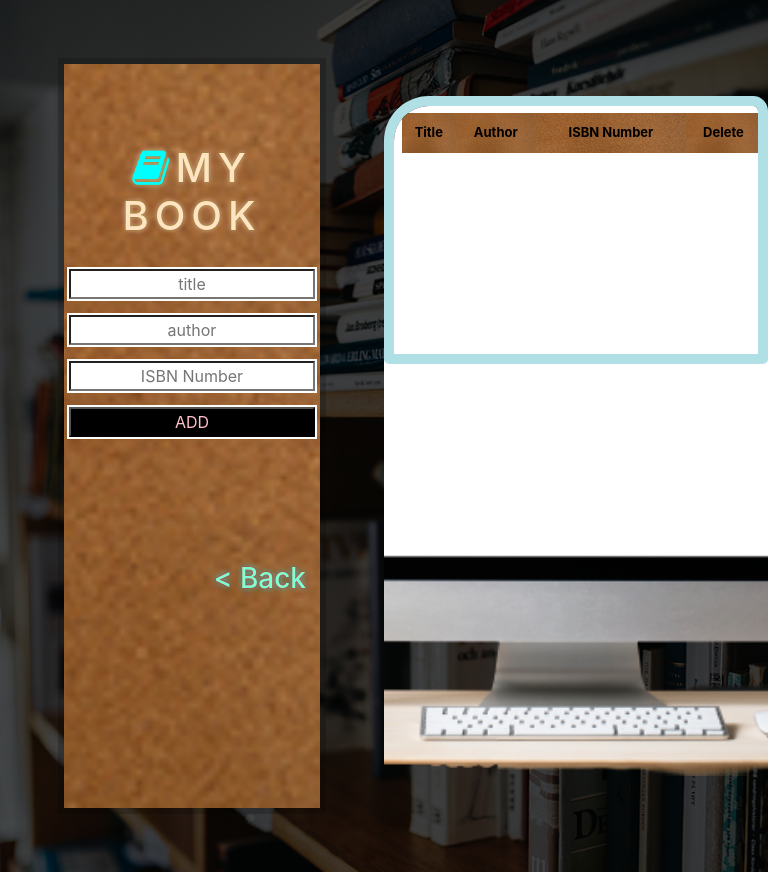
Repository: CSituma/Home-Library-App
Page: libu.html
The author's editor kept a copy of each file at every save. The page is drawn from the files as they stood at one save, then again after the next save.
The browser window is 768 px wide. The pictures show the whole page.
Backgrounds fixed to the window are drawn as part of the page. Some web libraries are served in a nearby version.

Above is the page before, as saved 2020-11-10 21:13:26.

### libu.html
<!DOCTYPE html>
<html lang="en">
<head>
    <meta charset="UTF-8">
    <meta name="viewport" content="width=device-width, initial-scale=1.0">
    <meta http-equiv="X-UA-Compatible" content="ie=edge">
    <link rel="stylesheet" href="style.css">
    <link rel="stylesheet" href="https://cdnjs.cloudflare.com/ajax/libs/font-awesome/4.7.0/css/font-awesome.min.css"/>
<link rel="stylesheet" href="https://stackpath.bootstrapcdn.com/bootstrap/4.5.0/css/bootstrap.min.css" integrity="sha384-9aIt2nRpC12Uk9gS9baDl411NQApFmC26EwAOH8WgZl5MYYxFfc+NcPb1dKGj7Sk" crossorigin="anonymous"/>
<link rel="stylesheet" href="https://cdnjs.cloudflare.com/ajax/libs/animate.css/4.0.0/animate.min.css"/>
  <title>BOOK TRACKER</title>
</head>
<body>
    <div class="columns">
        <div class="js">

            <h1><i class="fa fa-book"></i>MY BOOK</h1>
            <form id="form">
                <input type= "text" id= "title"  placeholder="title">
                <input type= "text" id= "author" placeholder="author" >
                <input type= "text" id= "number" placeholder="ISBN Number">
                <input type= "submit"id= "button" value="ADD">
            </form>
        <h3> <a href= "./index.html"> < Back </a></h3>
        </div>
        <div class="storage" >
              <div class="storage_items">
        <table id="table">
            <thead>
                <tr>
                <th id="title">Title</th>
                <th>Author</th>
                <th>ISBN Number</th>
                <th>Delete</th>
                </tr>
                </thead>
                <tbody class="Booklist" id="booklist">
                </tbody>
            </table>
            </div>
        </div>
</div>
    <script src="lib.js"></script>
 </body>
 </html>

### style.css
/*homepage//////////////*/
body,
html {
  max-width: 100%;
  margin: 0;
  padding: 0;
  max-height: 100%;
  background: url("./images/sandra-seitamaa-qkIWnKtGhg4-unsplash.jpg")
    center/cover no-repeat fixed;
}

.container {
  margin: 10em 20em 20em 20em;
  height: 400px;
  width: 40%;
  background-color: rgba(146, 116, 15, 0.445);
  text-align: center;
}

.lol {
  padding-top: 5em;
  font-weight: 800;
  font-style: italic;
}
span {
  color: yellow;
  font-weight: 400;
}
#lolone {
  color: ghostwhite;
}

h3 {
  padding-top: 4em;
  float: right;
  margin-right: 0.5em;
  font-weight: 900;
  font-size: 2rem;
  text-shadow: 0 0 3px #FF0000, 0 0 5px aqua;
}

h3 a {
  text-decoration: none;
 color: aquamarine;

}

h3 a:hover {
  text-decoration: none;
  color: burlywood;
}

#you {
  padding: 1rem;
  color: gold;
}

/*library////////////////*/
.columns {
  display: flex;
  justify-content: space-between;
  max-width: 100%;
  max-height: 100%;
  background: rgba(0, 0, 0, 0.692) fixed;

}
h1{
  letter-spacing: 6px;
  text-shadow: 0 0 3px olive, 0 0 5px pink;
  padding-top:2em;
  margin: 0;
  color: bisque;

}
table {
  background: black;
  width: 100%;
  margin:0.5em;
  margin-left:0.2em;
  text-align: center;
  color:white;

}


td{
  margin: 2em;
}
tr{
  border-left: white 5px solid;
  height: 40px;
}
th {
  color: black;
  background:url('./images/josephine-bredehoft-KsAo8ouBn8A-unsplash.jpg') center/cover no-repeat;
  outline: none;
}
tbody tr:nth-child(odd){
  background:white;
 color: olive;
}
tbody tr:nth-child(odd):hover {
  box-shadow: 0 0 0 2px white;

}
tbody tr:nth-child(even){
background:black;

}
tbody tr:nth-child(even):hover{
  box-shadow: 0 0 0 2px gray;
}

 .fa {
   color:aqua;
 }
 .fa:hover{
   font-size:1.3em;
 }
form {
  padding: 0.3em;
  margin-top: 1em;
}

form input {
  width: 100%;
  margin: 0.5em 0;
  -webkit-box-shadow: 0 0 0 2px white;
  box-shadow: 0 0 0 2px white;
}

:placeholder-shown {
  text-align: center;
}

#button {
  color: pink;
  background-color: black;
}

/*/////////////////////////////////*/
.storage_items {

  background-color: white;
  width:100%;
  max-height: 70%;
  margin-left: 8em;
  margin-top: 5em;
  margin-bottom: 2em;
  border: rgb(0, 0, 0) 5px solid;
  border-style: groove;
  padding-bottom: 15em;
  overflow: scroll;
  scroll-behavior: smooth;
  scrollbar-width: 2px;
}
.storage {
  background:url("./images/1463-removebg-preview.png") center/cover no-repeat;
  width: 60%;
  height: 85vh;
  margin: 6em 3em 6em 0;
  border-radius: 3px;

}
.js {
  -webkit-box-shadow: 0 0 0 6px rgba(0, 0, 0, 0.191);
  box-shadow: 0 0 0 6px rgba(0, 0, 0, 0.191);
  text-align: center;
  width: 40%;
  margin: 6em 0em 6em 3em;
  background: url("./images/josephine-bredehoft-KsAo8ouBn8A-unsplash.jpg")
    center/cover no-repeat;
}

@media screen and (max-width:1000px) {
  .storage{
    margin-right: 0;

    background: url("./images/719-removebg-preview.png") center/cover no-repeat;
  }
  .storage_items{
    margin:0;
    font-size: 13px;
   border: 10px solid black;
   border-radius: 45px;
   border-bottom-right-radius:5px;
   border-bottom-left-radius:5px;
   border-top-right-radius:15px;

   padding:0;
   padding-bottom: 15em;

}

.js{
  margin: 0;}


}

@media screen and (min-width:1000px) {

 .storage_items{
  max-height: 60%;
    background-color: white;
    width: 400px;
    height: 50%;
    margin-left: 10em;
    margin-top: 5.5em;

  }


 }

 @media screen and (max-width:800px)
 {
  .storage{
    margin-right: 0;

    background: url("./images/719-removebg-preview.png") center/cover no-repeat;
  }
  .storage_items{
    margin:0;
    font-size: 13px;
   border: 10px solid powderblue;
   border-radius: 45px;
   border-bottom-right-radius:5px;
   border-bottom-left-radius:5px;
   border-top-right-radius:15px;

   padding:0;
   padding-bottom: 15em;

}

.js{
  transform: skew(180deg);
  margin:4em;}

 }

### lib.js
// Book Class: Represents a Book
class Book {
  constructor(title, author, isbn) {
    this.title = title;
    this.author = author;
    this.isbn = isbn;
  }
}

// UI Class: Handle UI Tasks
class UI {
//display Books.//
static displayBooks () {
 const books = Store.getBooks();
 books.forEach(((book) =>
  UI.addBookToList(book)));
}


//addbooks
static addBookToList(book) {

const bookList = document.querySelector('#booklist');
const row = document.createElement('tr');

row.innerHTML= `<td>${book.title} </td>
               <td>${book.author}</td>
               <td>${book.isbn}</td>
              <td><i class="fa fa-trash-o"></i></td>`;

bookList.appendChild(row);

}


//deletebooks
static deleteBook(el){
 if(el.classList.contains('fa')){
   el.parentElement.parentElement.remove();
  }}

////show alert msg
static showAlert(message, className){
const div = document. createElement('div');
div.className = `alert alert-${className}`;
div.appendChild(document.createTextNode(message));
const button = document.getElementById('button');
const form = document.getElementById('form');


form.insertBefore(div, button);


//message vanishing//

setTimeout(() => {
  document.querySelector('.alert').remove();
}, 3000);

}

//clear fields//

static clearFields() {
  document.querySelector('#title').value = '';
  document.querySelector('#author').value = '';
  document.querySelector('#number').value = '';
}

}

///Events:
/* 1. Display Books */

document.addEventListener('DOMContentLoaded', UI.displayBooks);

/* 2. Add Books*/
document.querySelector("#form").addEventListener('submit',(e) =>
{
e.preventDefault();
///get form values//
const title = document.querySelector('#title').value;
const author = document.querySelector('#author').value;
const isbn = document.querySelector('#number').value;

  // Validate
 if(title ===''|| author===''|| isbn===''){
   UI.showAlert('Please fill in the Form', 'danger')
 }
else{
  //instantiate Book
  const book = new Book(title,author,isbn);

//////Adding
UI.addBookToList(book);

Store.addBook(book);

///Show Sucess Message
UI.showAlert('Added', 'success');
//Clearfields
UI.clearFields();


 }
}
);


/////3. Remove BOOK////
document.querySelector('#booklist').addEventListener('click', (e)=>{
e.preventDefault();
//deleting from UI

UI.deleteBook(e.target);
///deleting from Store
Store.removeBook(e.target.parentElement.previousElementSibling.textContent);
//Message
UI.showAlert('Book Deleted', 'danger');

}
);

///localStorage
class Store{
  static getBooks(){
    let books;
   if (localStorage.getItem('books') === null){
     books = [];
   }
   else {
     books = JSON.parse(localStorage.getItem('books'));
   }
   return books;
  }

  static addBook(book){
    const books= Store.getBooks();
    books.push(book);
   localStorage.setItem('books',JSON.stringify(books));
  }
  static removeBook(isbn) {
    const books = Store.getBooks();

    books.forEach((book, index) => {
      if(book.isbn === isbn) {
        books.splice(index, 1);
      }
    });
    localStorage.setItem('books', JSON.stringify(books));
  }
}

After the next save:
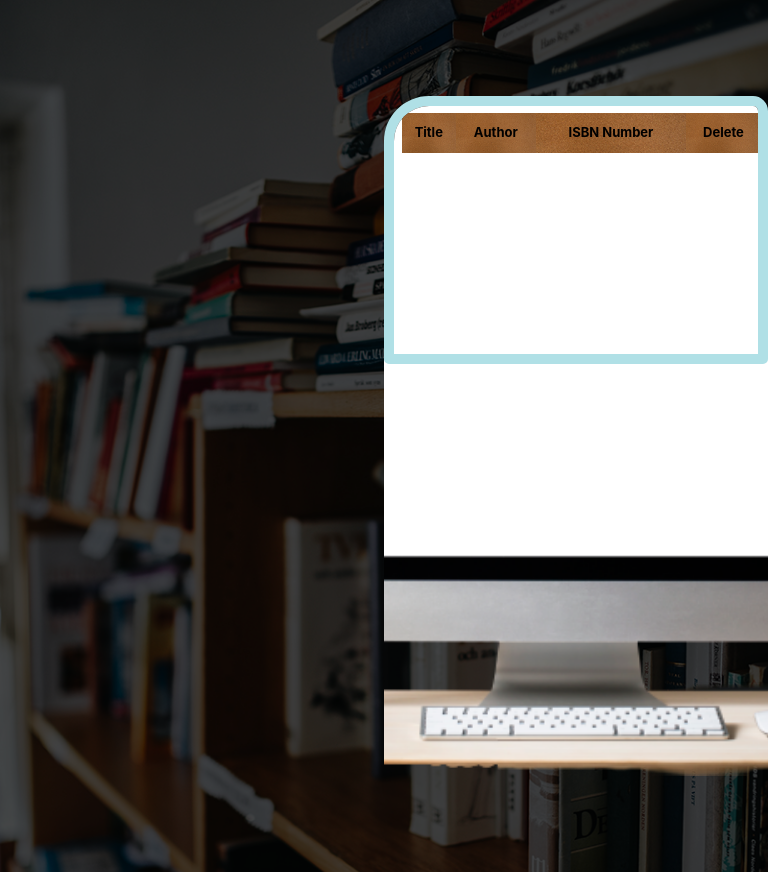
Saved 9 s later.
--- a/style.css
+++ b/style.css
@@ -235,7 +235,7 @@ form input {
 }
 
 .js{
-  transform: skew(180deg);
+  transform: skew(90deg);
   margin:4em;}
 
  }
